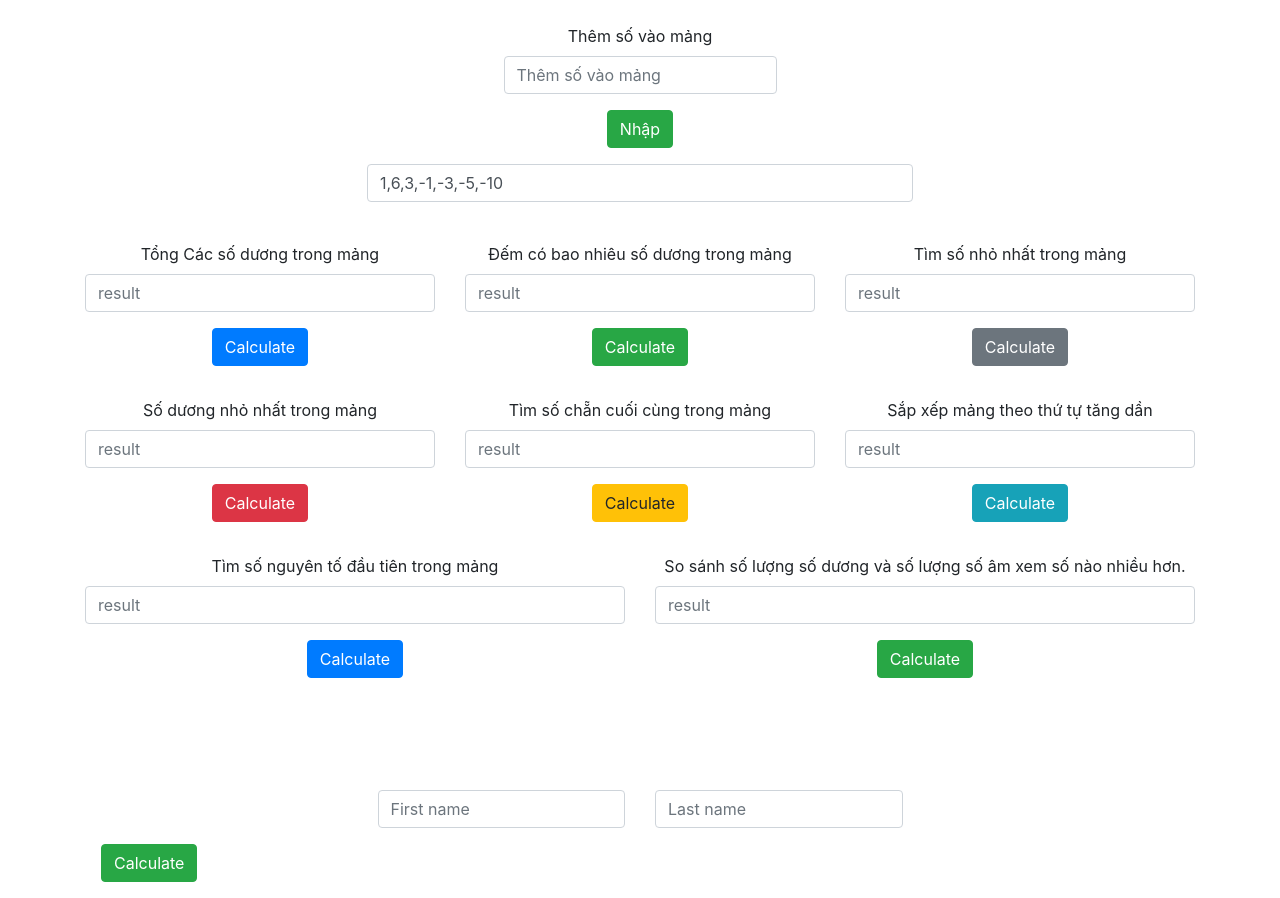
Repository: baobaodeveloper/bootcamp21__array__HuynhAnhBao
Page: index.html
The author's editor kept a copy of each file at every save. The page is drawn from the files as they stood at one save, then again after the next save.
The browser window is 1280 px wide. The pictures show the whole page.

Above is the page before, as saved 2022-03-20 19:14:37.

### index.html
<!DOCTYPE html>
<html lang="en">
  <head>
    <title>JavaScript Array</title>
    <!-- Required meta tags -->
    <meta charset="utf-8" />
    <meta
      name="viewport"
      content="width=device-width, initial-scale=1, shrink-to-fit=no"
    />

    <!-- Bootstrap CSS -->
    <link
      rel="stylesheet"
      href="https://stackpath.bootstrapcdn.com/bootstrap/4.3.1/css/bootstrap.min.css"
      integrity="sha384-ggOyR0iXCbMQv3Xipma34MD+dH/1fQ784/j6cY/iJTQUOhcWr7x9JvoRxT2MZw1T"
      crossorigin="anonymous"
    />
  </head>
  <body>
    <div class="container d-flex justify-content-center align-items-center p-4">
      <div
        class="mb-3 text-center w-50 d-flex flex-column justify-content-center align-items-center"
      >
        <label class="form-label">Thêm số vào mảng</label>
        <input
          type="number"
          class="form-control w-50"
          id="number"
          placeholder="Thêm số vào mảng"
          value=""
        />
        <button type="button" class="btn btn-success m-3" id="input">
          Nhập
        </button>
        <input
          type="text"
          class="form-control d-block w-100"
          id="array-current"
          placeholder="Mảng hiện tại"
        />
      </div>
    </div>

    <div class="container">
      <div class="row">
        <div class="col text-center">
          <label class="form-label">Tổng Các số dương trong mảng</label>
          <input
            type="text"
            class="form-control"
            placeholder="result"
            id="result1"
          />
          <button
            type="button"
            class="btn btn-primary m-3"
            id="calculate-total-positive"
          >
            Calculate
          </button>
        </div>
        <div class="col text-center">
          <label class="form-label">Đếm có bao nhiêu số dương trong mảng</label>
          <input
            type="text"
            class="form-control"
            placeholder="result"
            id="result2"
          />
          <button
            type="button"
            class="btn btn-success m-3"
            id="total-number-position"
          >
            Calculate
          </button>
        </div>
        <div class="col text-center">
          <label class="form-label">Tìm số nhỏ nhất trong mảng</label>
          <input
            type="text"
            class="form-control"
            placeholder="result"
            id="result3"
          />
          <button type="button" class="btn btn-secondary m-3" id="min-number">
            Calculate
          </button>
        </div>
      </div>
    </div>

    <div class="container pt-3">
      <div class="row">
        <div class="col text-center">
          <label class="form-label">Số dương nhỏ nhất trong mảng</label>
          <input
            type="text"
            class="form-control"
            placeholder="result"
            id="result4"
          />
          <button type="button" class="btn btn-danger m-3" id="min-positive">
            Calculate
          </button>
        </div>
        <div class="col text-center">
          <label class="form-label">Tìm số chẵn cuối cùng trong mảng</label>
          <input
            type="text"
            class="form-control"
            placeholder="result"
            id="result5"
          />
          <button type="button" class="btn btn-warning m-3" id="even-end">
            Calculate
          </button>
        </div>
        <div class="col text-center">
          <label class="form-label">Sắp xếp mảng theo thứ tự tăng dần</label>
          <input
            type="text"
            class="form-control"
            placeholder="result"
            id="result7"
          />
          <button type="button" class="btn btn-info m-3" id="increase">
            Calculate
          </button>
        </div>
      </div>
    </div>

    <div class="container pt-3">
      <div class="row">
        <div class="col text-center">
          <label class="form-label">Tìm số nguyên tố đầu tiên trong mảng</label>
          <input
            type="text"
            class="form-control"
            placeholder="result"
            id="result8"
          />
          <button
            type="button"
            class="btn btn-primary m-3"
            id="num-prime-first"
          >
            Calculate
          </button>
        </div>
        <div class="col text-center">
          <label class="form-label"
            >So sánh số lượng số dương và số lượng số âm xem số nào nhiều
            hơn.</label
          >
          <input
            type="text"
            class="form-control"
            placeholder="result"
            id="result10"
          />
          <button type="button" class="btn btn-success m-3" id="combine">
            Calculate
          </button>
        </div>
      </div>
    </div>

    <div class="container mt-5 pt-5">
      <div class="row w-50 m-auto">
        <div class="col">
          <input
            type="text"
            class="form-control"
            placeholder="First name"
            aria-label="First name"
          />
        </div>
        <div class="col">
          <input
            type="text"
            class="form-control"
            placeholder="Last name"
            aria-label="Last name"
          />
        </div>
      </div>
      <div>
        <button type="button" class="btn btn-success m-3" id="combine">
          Calculate
        </button>
      </div>
    </div>
    <!-- Optional JavaScript -->
    <!-- jQuery first, then Popper.js, then Bootstrap JS -->
    <script
      src="https://code.jquery.com/jquery-3.3.1.slim.min.js"
      integrity="sha384-q8i/X+965DzO0rT7abK41JStQIAqVgRVzpbzo5smXKp4YfRvH+8abtTE1Pi6jizo"
      crossorigin="anonymous"
    ></script>
    <script
      src="https://cdnjs.cloudflare.com/ajax/libs/popper.js/1.14.7/umd/popper.min.js"
      integrity="sha384-UO2eT0CpHqdSJQ6hJty5KVphtPhzWj9WO1clHTMGa3JDZwrnQq4sF86dIHNDz0W1"
      crossorigin="anonymous"
    ></script>
    <script
      src="https://stackpath.bootstrapcdn.com/bootstrap/4.3.1/js/bootstrap.min.js"
      integrity="sha384-JjSmVgyd0p3pXB1rRibZUAYoIIy6OrQ6VrjIEaFf/nJGzIxFDsf4x0xIM+B07jRM"
      crossorigin="anonymous"
    ></script>
    <script src="app.js"></script>
  </body>
</html>

### app.js
// const number = document.getElementById("number");
// let arr = [];
// document.getElementById("input").addEventListener("click", () => {
//   const numberValue = number.value;
//   if (!numberValue) return;

//   arr.push(+numberValue);
//   number.value = "";
//   console.log(arr);
//   document.getElementById("array-current").value = arr.join("  ");
// });
let arr = [1, 6, 3, -1, -3, -5, -10];
document.getElementById("array-current").value = arr;
// 1. Tổng các số dương trong mảng.
document
  .getElementById("calculate-total-positive")
  .addEventListener("click", () => {
    const totalArrPositive = arr
      .filter((cur) => cur > 0)
      .reduce((cur, acc) => cur + acc, 0);
    document.getElementById("result1").value = totalArrPositive;
  });

// 2. Đếm có bao nhiêu số dương trong mảng.
document
  .getElementById("total-number-position")
  .addEventListener("click", () => {
    const totalArrPositive = arr.filter((cur) => cur > 0).length;
    document.getElementById("result2").value = totalArrPositive;
  });

//3. Tìm số nhỏ nhất trong mảng.
document.getElementById("min-number").addEventListener("click", () => {
  let minNumber = arr[0];
  arr.forEach((num) => {
    if (num < minNumber) minNumber = num;
  });
  document.getElementById("result3").value = minNumber;
});

// 4. Tìm số dương nhỏ nhất trong mảng.
document.getElementById("min-positive").addEventListener("click", () => {
  const positive = arr.filter((cur) => cur > 0).sort((a, b) => a - b);

  document.getElementById("result4").value = positive[0];
});

// 5. Tìm số chẵn cuối cùng trong mảng. Nếu mảng không có giá trị chẵn thì trả về -1.
document.getElementById("even-end").addEventListener("click", () => {
  const numEven = arr.filter((cur) => cur % 2 === 0);
  let numEvenEnd;
  if (numEven.length > 0) {
    numEvenEnd = numEven[numEven.length - 1];
  } else {
    numEvenEnd = -1;
  }
  document.getElementById("result5").value = numEvenEnd;
});

// 7. Sắp xếp mảng theo thứ tự tăng dần.
document.getElementById("increase").addEventListener("click", () => {
  const increaArr = arr.sort((a, b) => a - b);
  document.getElementById("result7").value = increaArr.join("  ");
});

// 8. Tìm số nguyên tố đầu tiên trong mảng. Nếu mảng không có số nguyên tố thì trả về – 1.

document.getElementById("num-prime-first").addEventListener("click", () => {
  const prime = arr.filter((cur) => cur > 1);

  let numPrimeFirst;
  for (let i = 0; i < prime.length; i++) {
    if (prime[i] === 2) {
      numPrimeFirst = prime[i];
      break;
    } else if (prime[i] % 2 !== 0) {
      for (let j = 2; j < prime[i]; j++) {
        if (prime[i] % j !== 0) {
          numPrimeFirst = prime[i];
          break;
        }
      }
      break;
    }
  }
  document.getElementById("result8").value = numPrimeFirst;
});

// 10. So sánh số lượng số dương và số lượng số âm xem số nào nhiều hơn.

document.getElementById("combine").addEventListener("click", () => {
  const positive = arr.filter((cur) => cur > 0);
  const negative = arr.filter((cur) => cur < 0);
  let combine = "";
  if (positive.length < negative.length) {
    combine = `Số lượng số âm là ${negative.length} lớn hơn số lượng số dương là    ${positive.length}`;
  } else if (positive.length > negative.length) {
    combine = `Số lượng số dương là ${positive.length} lớn hơn số lượng số âm là ${negative.length}`;
  } else {
    combine = `Số lượng số dương bằng số lượng số âm ${negative.length}`;
  }

  document.getElementById("result10").value = combine;
});

// 6. Đổi chỗ 2 giá trị trong mảng theo vị trí (Cho nhập vào 2 vị trí muốn đổi chỗ giá trị).

After the next save:
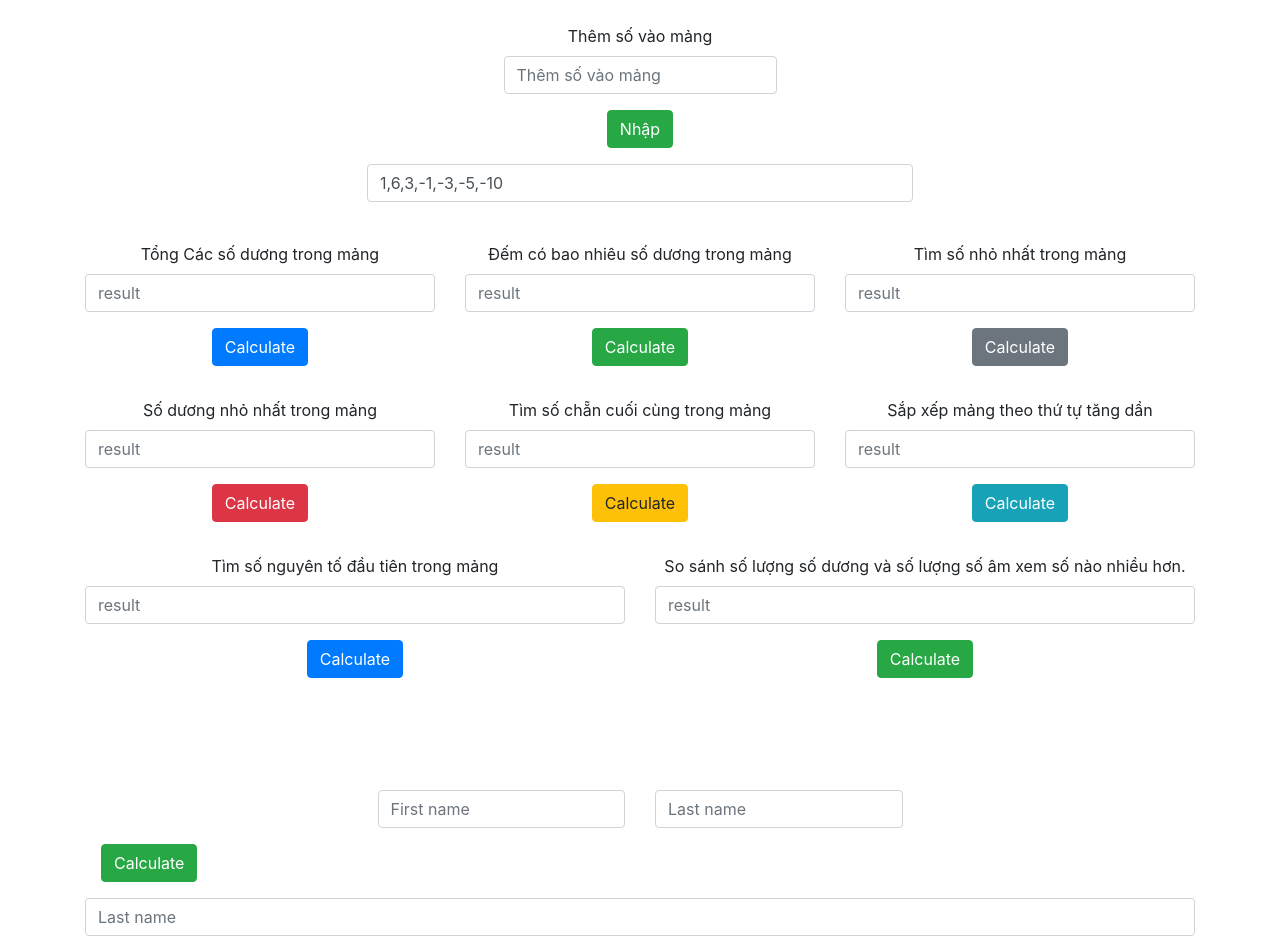
Saved 16 s later.
--- a/index.html
+++ b/index.html
@@ -191,6 +191,12 @@
         <button type="button" class="btn btn-success m-3" id="combine">
           Calculate
         </button>
+        <input
+          type="text"
+          class="form-control"
+          placeholder="Last name"
+          aria-label="Last name"
+        />
       </div>
     </div>
     <!-- Optional JavaScript -->
